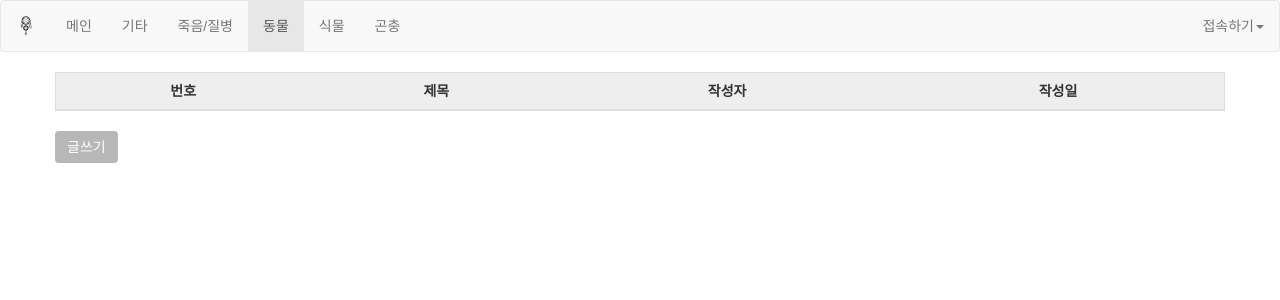
Repository: tjshee39/-1-2
Page: http://localhost/BBS/bbsAnimal.jsp
An editor plug-in stored every save of this project. The page is shown before and after the next save, followed by the edit.
The browser window is 1280 px wide. The pictures show the whole page.
Some web fonts or font styles are not loaded; a fallback is used. The page is served by Tomcat 9. Queries for data that is not in the repository find no rows.

Above is the page before, as saved 2020-07-01 10:14:17.

After the next save:
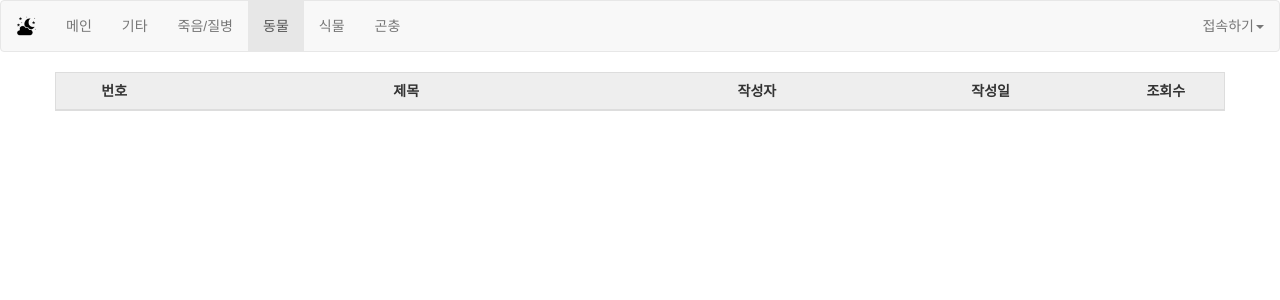
Saved 10 s later.
--- a/project/BBS/WebContent/bbsAnimal.jsp
+++ b/project/BBS/WebContent/bbsAnimal.jsp
@@ -3,7 +3,7 @@
 <%@ page import="java.io.PrintWriter" %>   <!-- 라이브러리 불러오기 -->
 <%@ page import="bbsanimal.BbsAnimalDAO" %>  <!-- bbs패키지에 있는 BbsDAO -->
 <%@ page import="bbsanimal.BbsAnimal" %>
-
+<%@ taglib prefix="c" uri="http://java.sun.com/jsp/jstl/core"%>
 <%@ page import="java.util.ArrayList" %>  <!-- 게시판 목록 출력 -->
 <!DOCTYPE html>
 <html>
@@ -45,7 +45,7 @@
 				<span class="icon-bar"></span>
 				<span class="icon-bar"></span>
 			</button>
-			<a class="navbar-brand" href="main.jsp"><img src="images/titleLogo.png" height="100%"></a>
+			<a class="navbar-brand" href="main.jsp"><img src="images/navTitle.png" height="100%"></a>
 		</div>
 		<div class="collapse navbar-collapse" id="bs-example-navbar-collapse-1">
 			<ul class="nav navbar-nav">
@@ -80,6 +80,7 @@
 						aria-expanded="false">회원관리<span class="caret"></span></a>
 					<ul class="dropdown-menu">
 						<li><a href="logoutAction.jsp">로그아웃</a></li>
+						<li><a href="withdrawal.jsp">회원탈퇴</a></li>
 					</ul>
 				</li>
 			</ul>
@@ -93,10 +94,11 @@
 			<table class="table table-striped" style="text-align: center; border: 1px solid #dddddd">
 			<thead>
 				<tr>  <!-- 글의 목록만 보여주는 기능 -->
-					<th style="background-color: #eeeeee; text-align: center; ">번호</th>
-					<th style="background-color: #eeeeee; text-align: center; ">제목</th>
-					<th style="background-color: #eeeeee; text-align: center; ">작성자</th>
-					<th style="background-color: #eeeeee; text-align: center; ">작성일</th>
+					<th style="background-color: #eeeeee; text-align: center; width: 10%;">번호</th>
+					<th style="background-color: #eeeeee; text-align: center; width: 40%;">제목</th>
+					<th style="background-color: #eeeeee; text-align: center; width: 20%;">작성자</th>
+					<th style="background-color: #eeeeee; text-align: center; width: 20%;">작성일</th>
+					<th style="background-color: #eeeeee; text-align: center; width: 10%;">조회수</th>
 				</tr>
 			</thead>
 			<tbody>
@@ -116,6 +118,7 @@
 					+ list.get(i).getBbsAnimalDate().substring(11, 13)
 					+ "시" + list.get(i).getBbsAnimalDate().substring(14, 16) + "분" %></td>
 					<!-- substirng: 필요한 부분만 잘라서 출력 -->
+					<td><%= list.get(i).getBbsAnimalHit() %></td>
 				</tr>
 				<%
 					}
@@ -136,31 +139,10 @@
 					}
 				%>
 
-				<!-- 회원만 넘어갈 수 있음 -->
-				<%
-					if (session.getAttribute("userID") == null) {
-						userID = "not null";
-				%>
-				<button class="btn btn-primary purll-right"
-					onclick="if(confirm('권한이 없습니다.'))location.history.back();" type="button"
-					style="background-color:#b7b7b7; border:0;">글쓰기</button>
-				<%
-					} else if (session.getAttribute("userID").equals("관리자")) {
-				%>
-					<a href="writeAnimal.jsp" class="btn btn-primary pull-right"
-					style="background-color:#b7b7b7; border:0;">글쓰기</a>
-				<%
-					} else if(!session.getAttribute("userID").equals("관리자")) {
-				%>
-
-				<button class="btn btn-primary purll-right"
-					onclick="if(confirm('권한이 없습니다.'))location.history.back();" type="button"
-					style="background-color:#b7b7b7; border:0;">글쓰기</button>
-				<%
-					}
-				%>
-
-			<!-- <a href="write.jsp" class="btn btn-primary pull-right">글쓰기</a>  <!-- 오른쪽에 글쓰기버튼 -->
+				<!-- 관리자 권한 -->
+				<c:if test="${userID eq '관리자' }">
+					<a href="writeAnimal.jsp" class="btn btn-primary pull-right" style="background-color: #b7b7b7; border-color: #b7b7b7;">글쓰기</a>
+				</c:if>
 		</div>
 	</div>
 
